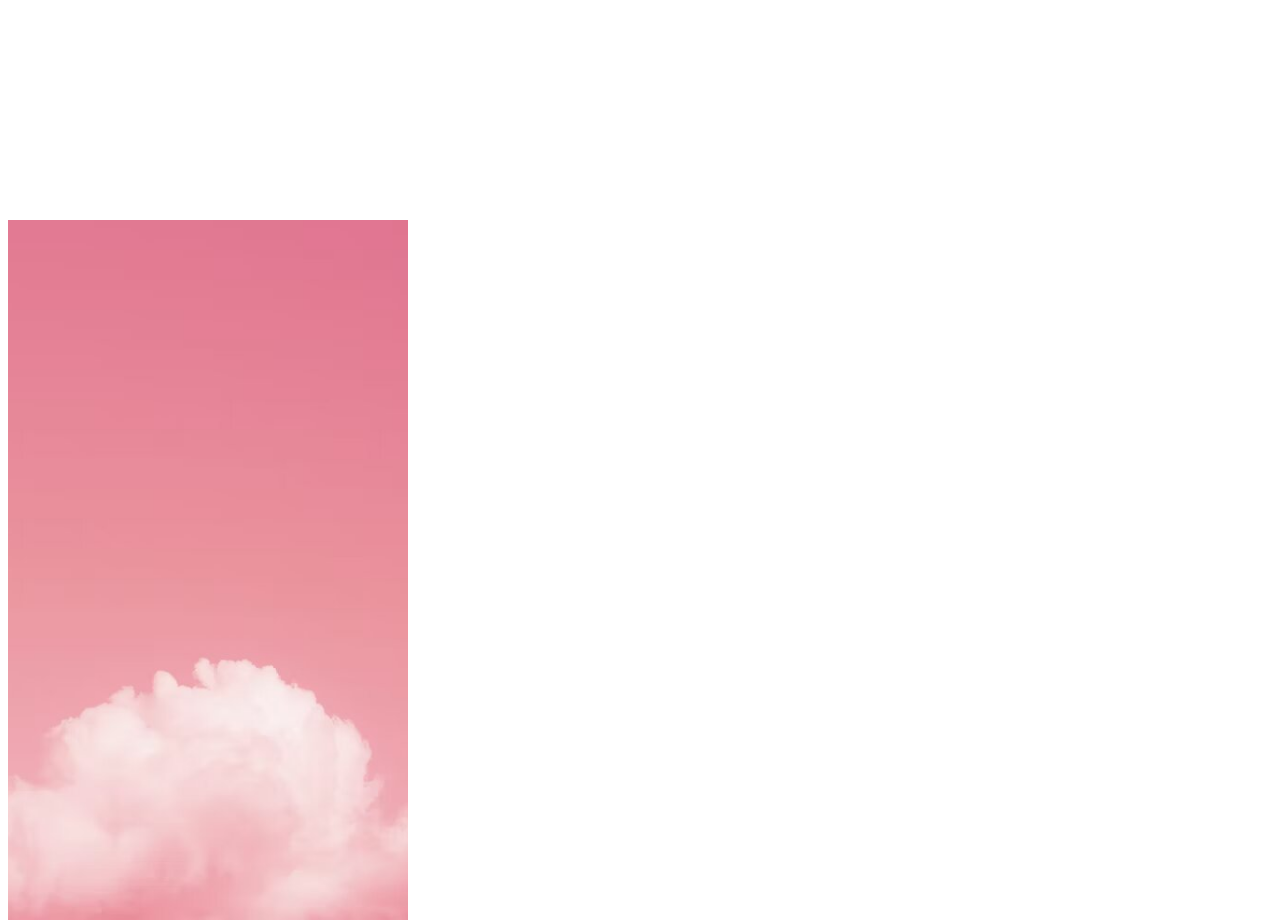
Repository: asya-aisa/grocery-list
Page: /
These files come from the project's save history. The page is drawn as it stood at one moment and after a run of saves; the edit follows.
The browser window is 1280 px wide. The pictures show the whole page.
The project was rebuilt for these pictures with package versions that can differ from the ones it lists, and the page was loaded fresh each time.

Above is the page before, as saved 2023-07-14 14:37:10.

After the next 4 saves:
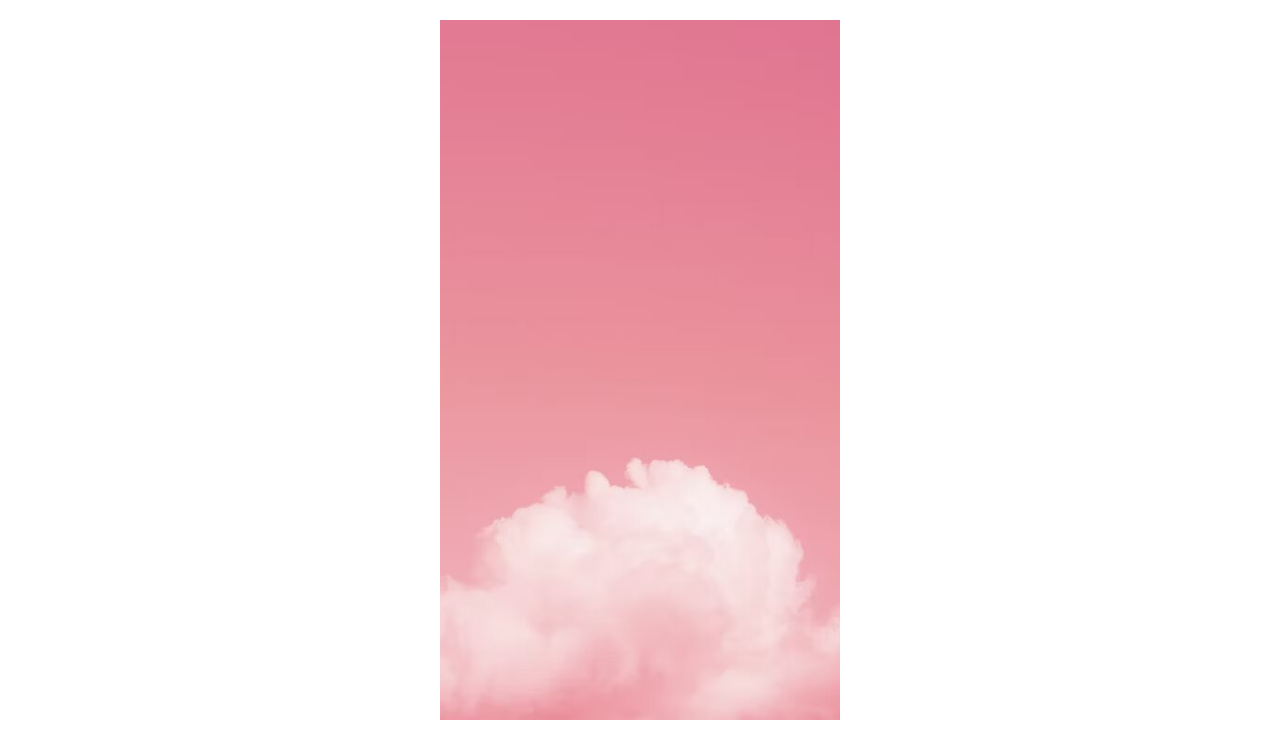
The 4 saves are shown as one change because they came seconds apart.
The last was saved 24 s later.
--- a/src/App.css
+++ b/src/App.css
@@ -5,7 +5,6 @@
   background-repeat: no-repeat;
   width: 400px;
   height: 700px;
-  position: absolute;
-  top: 200px;
+  margin-top: 200px;
   margin: 20px auto;
 }
